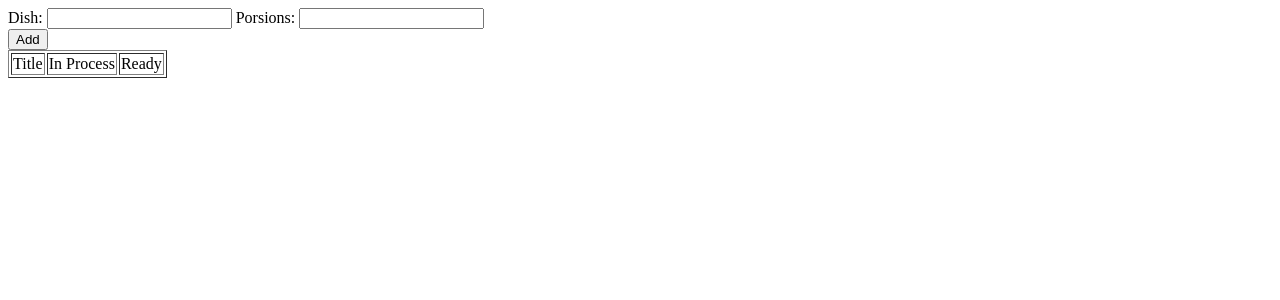
Repository: KseniaMakara/Web
Page: / (app in Vue.js/Vue/app/)
These files come from the project's save history. The page is drawn as it stood at one moment and after the next save; the edit follows.
The browser window is 1280 px wide. The pictures show the whole page.
The project was rebuilt for these pictures with package versions that can differ from the ones it lists, and the page was loaded fresh each time.

Above is the page before, as saved 2021-09-18 20:19:09.

### Vue.js/Vue/app/src/App.vue
<template>
  <div>
    <div>
      <label>
        Dish:
        <input type="text" v-model="dishTitle">
        Porsions:
        <input type="number" v-model.number="dishCount">
      </label>
      <div>
        <button @click="addToTable">
          Add
        </button>
      </div>
      <div>
        <table border="1px">
          <thead>
            <td>Title</td>
            <td>In Process</td>
            <td>Ready</td>
          </thead>
          <tbody>
            <tr v-for="dishEl in dishList" :key="id" >
              <td>{{unready}}</td>
              <td>{{process}}</td>
              <td>{{ready}}</td>
            </tr>
          </tbody>
        </table>

      </div>
    </div>
  </div>
</template>

<script>
  export default {
    name: 'Restaurant',
    props:{
      propName:{
      dishTitle:{
        type: String,
        default:''
      },
      dishCount:{
        type:Number,
        default:0
      }
    }
    }
  }
</script>

<style lang="scss" scoped>

</style>

Loaded but not shown: Vue.js/Vue/app/public/index.html (common file); Vue.js/Vue/app/src/main.js (common file)

After the next save:
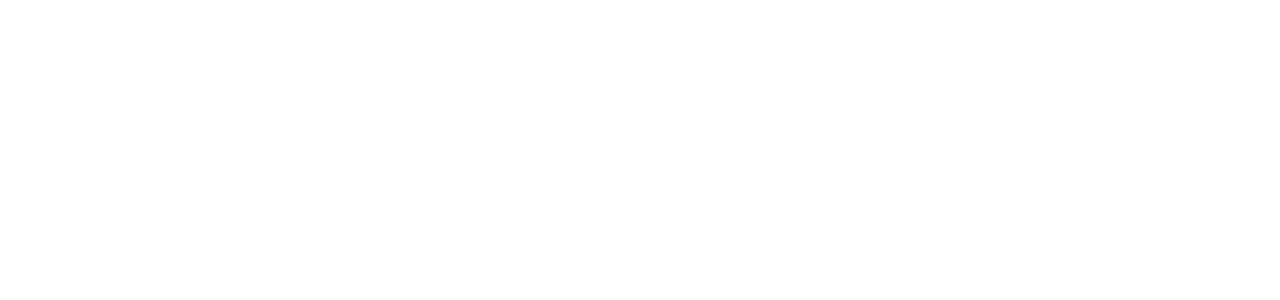
Console error: ReferenceError: addToTable is not defined
Saved 30 s later.
--- a/Vue.js/Vue/app/src/App.vue
+++ b/Vue.js/Vue/app/src/App.vue
@@ -47,6 +47,9 @@
         default:0
       }
     }
+    },
+    methods:{
+      addToTable
     }
   }
 </script>

After the save that followed:
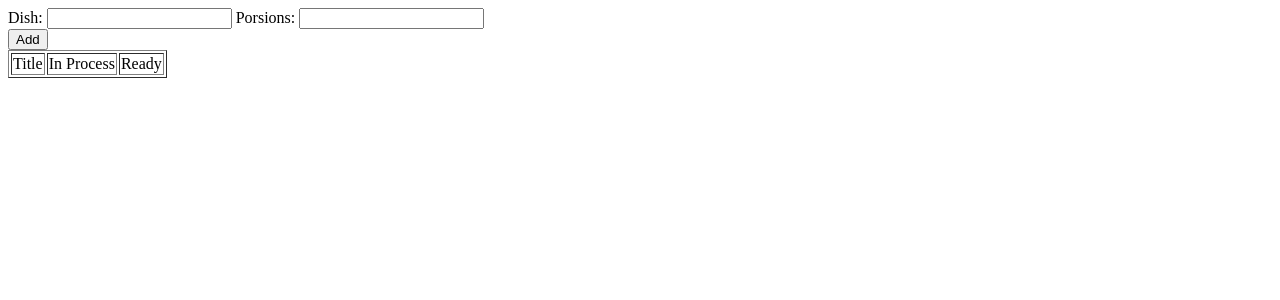
The error is gone.
Saved 6 s later.
--- a/Vue.js/Vue/app/src/App.vue
+++ b/Vue.js/Vue/app/src/App.vue
@@ -49,7 +49,9 @@
     }
     },
     methods:{
-      addToTable
+      addToTable(){
+
+      }
     }
   }
 </script>
